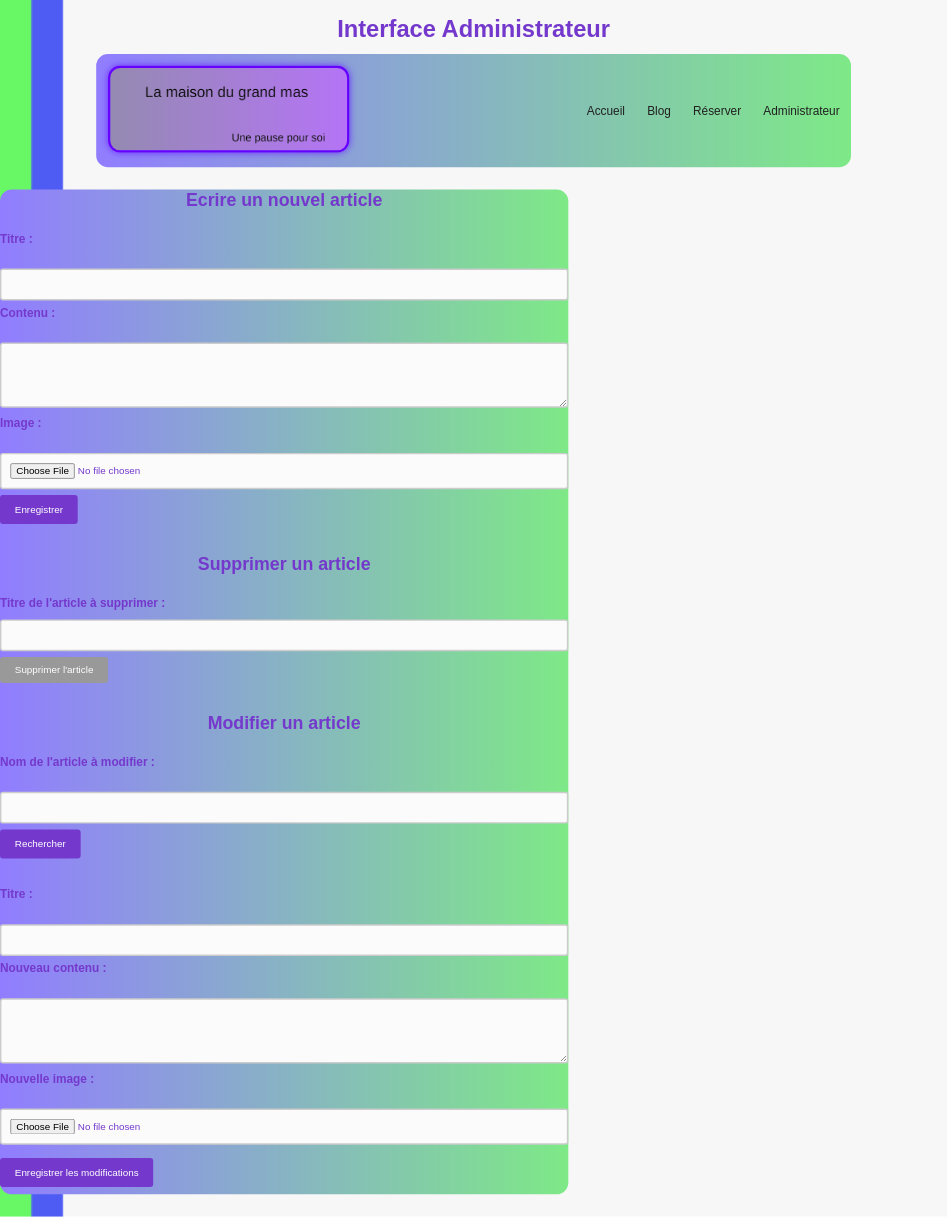
Repository: Crosnierpaul/Les_Rangers_de_Pouvoir
Page: http://localhost/adminBlog
The author's editor kept a copy of each file at every save. The page is drawn from the files as they stood at one save, then again after a run of saves.
The browser window is 1280 px wide. The pictures show the whole page, at 74% of full size.
Backgrounds fixed to the window are drawn as part of the page. The page is served by the project's Node server (site/server.js). Other server files are loaded and not shown.

Above is the page before, as saved 2024-05-07 16:53:24.

### site/public/views/blogAdmin.ejs
<!DOCTYPE html>
<html lang="fr">
<head>
    <meta charset="UTF-8">
    <meta name="viewport" content="width=device-width, initial-scale=1.0">
    <title>Interface Administrateur</title>
    <link rel="stylesheet" href="/css/style.css">
    <link rel="stylesheet" href="/css/blogAdmin.css">
    <!-- Utilisation du chemin absolu pour le fichier CSS -->
</head>
<body>
        <h1>Interface Administrateur</h1>
        <%- include('navbarAdmin') %>

        <div class="container">
    <section>
        <h2>Ecrire un nouvel article</h2>
        <form id="articleForm">
            <label for="title">Titre :</label><br>
            <input type="text" id="title" name="title" required><br>
            <label for="content">Contenu :</label><br>
            <textarea id="content" name="content" rows="4" cols="50" required></textarea><br>
            <label for="image">Image :</label><br>
            <input type="file" id="image" name="image"><br>
            <input type="submit" value="Enregistrer">
        </form>
    </section>

    <section>
        <h2>Supprimer un article</h2>
         <form id="deleteArticleForm">
            <label for="articleTitleToDelete">Titre de l'article à supprimer :</label>
            <input type="text" id="articleTitleToDelete" name="articleTitleToDelete">
            <button type="submit">Supprimer l'article</button>
        </form>
    </section>

    <section >
        <h2>Modifier un article</h2>
        <form id="searchArticleForm">
            <label for="searchTitle">Nom de l'article à modifier :</label><br>
            <input type="text" id="searchTitle" name="searchTitle" required><br>
            <input type="submit" value="Rechercher">
        </form>

        <form id="editArticleForm">
            <label for="editTitle">Titre :</label><br>
            <input type="text" id="editTitle" name="editTitle" readonly required><br>
            <label for="editContent">Nouveau contenu :</label><br>
            <textarea id="editContent" name="editContent" rows="4" cols="50" required></textarea><br>
            <label for="editImage">Nouvelle image :</label><br>
            <input type="file" id="editImage" name="editImage"><br>
            <input type="submit" value="Enregistrer les modifications" id="saveChanges">
        </form>
    </section>
</div>

    <script src="/js/blogAdmin.js"></script> <!-- Utilisation du chemin absolu pour le fichier JavaScript -->
</body>
</html>

### site/public/views/navbarAdmin.ejs
<!DOCTYPE html>
<html lang="fr">
<head>
    <meta charset="UTF-8">
    <meta name="viewport" content="width=device-width, initial-scale=1.0">
    <title>Navbar</title>
    <link href="/css/navbar.css" rel="stylesheet">
</head>
<body>
    <header>
        <nav class="navbar navbar-expand-md navbar-light">
            <div class="container">
                <!-- Ajouter le bouton de bascule pour les petits écrans
                <button class="navbar-toggler" type="button" data-toggle="collapse" data-target="#navbarSupportedContent" aria-controls="navbarSupportedContent" aria-expanded="false" aria-label="Toggle navigation">
                    <span class="navbar-toggler-icon"></span>
                </button> -->
                <div class="collapse navbar-collapse justify-content-center" id="navbarSupportedContent">
                    <ul class="navbar-nav d-flex justify-content-start">
                        <li id="liLogo">
                            <img id="logo" src="/images/logo.png"/>
                        </li>
                        <li class="nav-item">
                            <a class="nav-link" href="/">Accueil</a>
                        </li>
                        <li class="nav-item">
                            <a class="nav-link" href="/blog">Blog</a>
                        </li>
                        <li class="nav-item">
                            <a class="nav-link" href="/entretien">Réserver</a>
                        </li>
                        <li class="nav-item">
                            <a class="nav-link" href="/admin">Administrateur</a>
                        </li>
                        </ul>
                    </div>
                </div>
            </div>
        </nav>
    </header>

    <!-- Inclure jQuery (requis pour Bootstrap JavaScript)
    <script src="https://ajax.googleapis.com/ajax/libs/jquery/3.5.1/jquery.min.js"></script>
    Inclure Bootstrap JavaScript
    <script src="https://stackpath.bootstrapcdn.com/bootstrap/4.5.2/js/bootstrap.bundle.min.js"></script> -->
</body>
</html>

<script>
    // Attendez que le DOM soit chargé
    document.addEventListener("DOMContentLoaded", function() {
        // Récupérez l'URL de la page actuelle
        var currentLocation = window.location.href.substring("http://localhost:3000".length);

        // Sélectionnez tous les liens de la navbar
        var navLinks = document.querySelectorAll('.navbar-nav .nav-item');

        // Parcourez chaque lien pour vérifier s'il correspond à la page active
        navLinks.forEach(function(navItem) {
            var link = navItem.querySelector('.nav-link');
            var linkHref = link.getAttribute('href');

            // Vérifiez si l'URL de la page actuelle correspond à l'URL du lien dans la navbar
            if (currentLocation === linkHref) {
                // Ajoutez la classe 'active' à l'élément parent (li) correspondant
                navItem.classList.add('active');
            }
        });
    });
</script>

### site/public/css/blogAdmin.css

/* Style pour le formulaire d'ajout d'article */
#articleForm {
    margin-top: 30px;
}

/* Style pour le formulaire de suppression d'article */
#deleteArticleForm {
    margin-top: 30px;
}

/* Style pour le formulaire de recherche d'article */
#searchArticleForm {
    margin-top: 30px;
}

/* Style pour le formulaire de modification d'article */
#editArticleForm {
    margin-top: 30px;
}

/* Style pour les étiquettes des formulaires */
label {
    font-weight: bold;
}
/* Styles pour les sections */
.container {
    margin-bottom: 50px;
    background-color: red;
}

section {


/* Style pour les titres des sections */
h1, h2 {
    text-align: center;
}

/* Style pour les champs de saisie et les zones de texte */
input[type="text"],
input[type="file"],
textarea {
    width: 100%;
    padding: 12px;
    margin: 8px 0;
    box-sizing: border-box;
    border: 2px solid #ccc;
    border-radius: 4px;
    outline: none;
    transition: border-color 0.3s;
}

/* Style pour les champs de saisie et les zones de texte au survol */
input[type="text"]:focus,
input[type="file"]:focus,
textarea:focus {
    border-color: #7439cc;
}

/* Style pour les boutons */
input[type="submit"],
button {
    background-color: #7439cc;
    color: white;
    padding: 12px 20px;
    border: none;
    border-radius: 4px;
    cursor: pointer;
    transition: background-color 0.3s;
}

/* Style pour les boutons au survol */
input[type="submit"]:hover,
button:hover {
    background-color: #5f2982;
}
/* Style pour les boutons de modification */
#saveChanges {
    margin-top: 10px;
}

/* Style pour les messages d'erreur */
.error {
    color: red;
    margin-top: 5px;
}

### site/public/css/navbar.css
.start-header {
	opacity: 1;
	transform: translateY(0);
	padding: 20px 0;
	box-shadow: 0 10px 30px 0 rgba(138, 155, 165, 0.15);
	-webkit-transition : all 0.3s ease-out;
	transition : all 0.3s ease-out;
}

.start-header.scroll-on {
	box-shadow: 0 5px 10px 0 rgba(138, 155, 165, 0.15);
	padding: 10px 0;
	-webkit-transition : all 0.3s ease-out;
	transition : all 0.3s ease-out;
}

.start-header.scroll-on .navbar-brand img{
	height: 24px;
	-webkit-transition : all 0.3s ease-out;
	transition : all 0.3s ease-out;
}

.navigation-wrap{
	position: fixed;
	width: 100%;
	top: 0;
	left: 0;
	z-index: 1000;
	-webkit-transition : all 0.3s ease-out;
	transition : all 0.3s ease-out;
}

.navbar {
    padding: 10px 0;
    display: flex;
    justify-content: center;
	margin-left: 1em;
  	margin-right: 1em;
}

.navbar-toggler {
	float: right;
	border: none;
	padding-right: 0;
	padding-left: 0;

}

.navbar-toggler:active,
.navbar-toggler:focus {
	outline: none;
}

.navbar-light .navbar-toggler-icon {
	width: 24px;
	height: 17px;
	background-image: none;
	position: relative;
	border-bottom: 1px solid #000;
    transition: all 300ms linear;
}

.navbar-light .navbar-toggler-icon:after,
.navbar-light .navbar-toggler-icon:before{
	width: 24px;
	position: absolute;
	height: 1px;
	background-color: #000;
	top: 0;
	left: 0;
	content: '';
	z-index: 2;
    transition: all 300ms linear;
}

.navbar-light .navbar-toggler-icon:after{
	top: 8px;
}

.navbar-toggler[aria-expanded="true"] .navbar-toggler-icon:after {
	transform: rotate(45deg);
}

.navbar-toggler[aria-expanded="true"] .navbar-toggler-icon:before {
	transform: translateY(8px) rotate(-45deg);
}

.navbar-toggler[aria-expanded="true"] .navbar-toggler-icon {
	border-color: transparent;
}

.nav-link{
	color: #212121 !important;
	font-weight: 500;
    transition: all 200ms linear;
}

.nav-item.active .nav-link{
	color: #7439cc  !important;
}

/* LIGNE SOUS LIEN APRES SOURIS DESSUS */

.nav-link {
	position: relative;
	padding: 5px 0 !important;
	display: inline-block;
}

.nav-item:after {
	position: absolute;
	bottom: -5px;
	left: 0;
	width: 100%;
	height: 2px;
	content: '';
	background-color: #7439cc ;
	opacity: 0;
    transition: all 200ms linear;
}

/* FIN LIGNE SOUS LIEN */

.nav-item:hover:after{
	bottom: 0;
	opacity: 1;
}

.nav-item.active:hover:after{
	opacity: 0;
}

.nav-item {
    position: relative;
    transition: all 200ms linear;
    padding: 1em;
    text-align: center;
}

/* .nav-item.active .nav-link {
    color: #007bff; /* Changez cette couleur pour mettre en évidence l'élément actif
} */

.navbar-brand {
    margin-right: auto;
    margin-left: auto;
}

/* Ajoutez ces styles pour supprimer les puces des éléments li */
.navbar-nav {
    display: flex;
    justify-content: center;
    align-items: center;
    padding-left: 0; /* Supprime le décalage à gauche de la liste */
}

.navbar-nav .nav-item {
    padding: 0 15px;
    list-style: none; /* Supprime les puces */
}

.navbar-nav .nav-link {
    color: #212121 !important;
    font-weight: 500;
    transition: all 200ms linear;
}

.navbar-nav .nav-item:hover .nav-link {
    color: #7439cc !important;
}

/* Modifiez les styles des liens de navigation pour ressembler à du texte normal */
.nav-link {
    color: #212121 !important;
    font-weight: 500;
    transition: all 200ms linear;
    text-decoration: none; /* Supprime le soulignement par défaut des liens */
    cursor: pointer; /* Change le curseur en pointeur au survol */
}

.container {
	--background: linear-gradient(to right, #917dff 0%, #7ee987 100%);
    margin: 0px;
	min-height: 15vh;
	min-width: 60%;
	max-width: max-content;
	background: var(--background);
	border-radius: 1em;
}

.purple {
	color: #7439cc;
}

#logo {
	width: 20em;
	border: 3.5px solid #6600ff;
	border-radius: 1em;
	margin-left:  1em;
	margin-right: 19.1em;
	--background: linear-gradient(to right, #948ab1 0%, #b574f6 100%);
	background: var(--background);
	box-shadow: 0 0 10px 0 rgb(106, 43, 255);
}

#liLogo {
    list-style: none;
}

.nav-item.active:after {
	position: absolute;
	bottom: 0;
	left: 0;
	width: 100%;
	height: 2px;
	content: '';
	background-color: #7439cc ;
	opacity: 1;
}

.rs {
	margin-left: 18em;
	display: inherit;
}

.rs .nav-item {
	margin-left: 5px;
	margin-right: 5px;
}

/* Styles pour les écrans plus petits que 768px */
@media (max-width: 1000px) {
    .navbar {
        flex-direction: column; /* Afficher les éléments de la navbar en colonne */
        align-items: center; /* Centrer les éléments */
    }

    .navbar-nav {
        flex-direction: column; /* Afficher les éléments de la navbar en colonne */
        align-items: center; /* Centrer les éléments */
    }

    .navbar-toggler {
        order: -1; /* Mettre le bouton de bascule en haut */
        margin-bottom: 10px; /* Ajouter un espace entre le bouton de bascule et les liens */
    }

    .rs {
        margin-left: 0; /* Réinitialiser la marge pour les icônes de réseaux sociaux */
        text-align: center; /* Centrer les icônes de réseaux sociaux */
    }
}

/*Styles pour les écrans plus petits que 576px */
@media (max-width: 576px) {
    .navbar-brand {
        margin: 0; /* Réinitialiser la marge pour le logo */
    }

    #logo {
        width: 98.3%; /* Faire en sorte que le logo occupe toute la largeur */
        margin: 0; /* Réinitialiser la marge */
    }

    .rs {
        display: flex; /* Afficher les icônes de réseaux sociaux en ligne */
        justify-content: center; /* Centrer les icônes de réseaux sociaux */
    }

    .rs .nav-item {
        margin: 0 5px; /* Ajouter un espacement horizontal entre les icônes de réseaux sociaux */
    }
}

.tel {
	margin-top: 5px;
}

Loaded but not shown: site/public/js/blogAdmin.js (188 lines, source omitted); site/server.js (72 lines, source omitted); site/public/css/style.css (342 lines, source omitted)

After the next 2 saves:
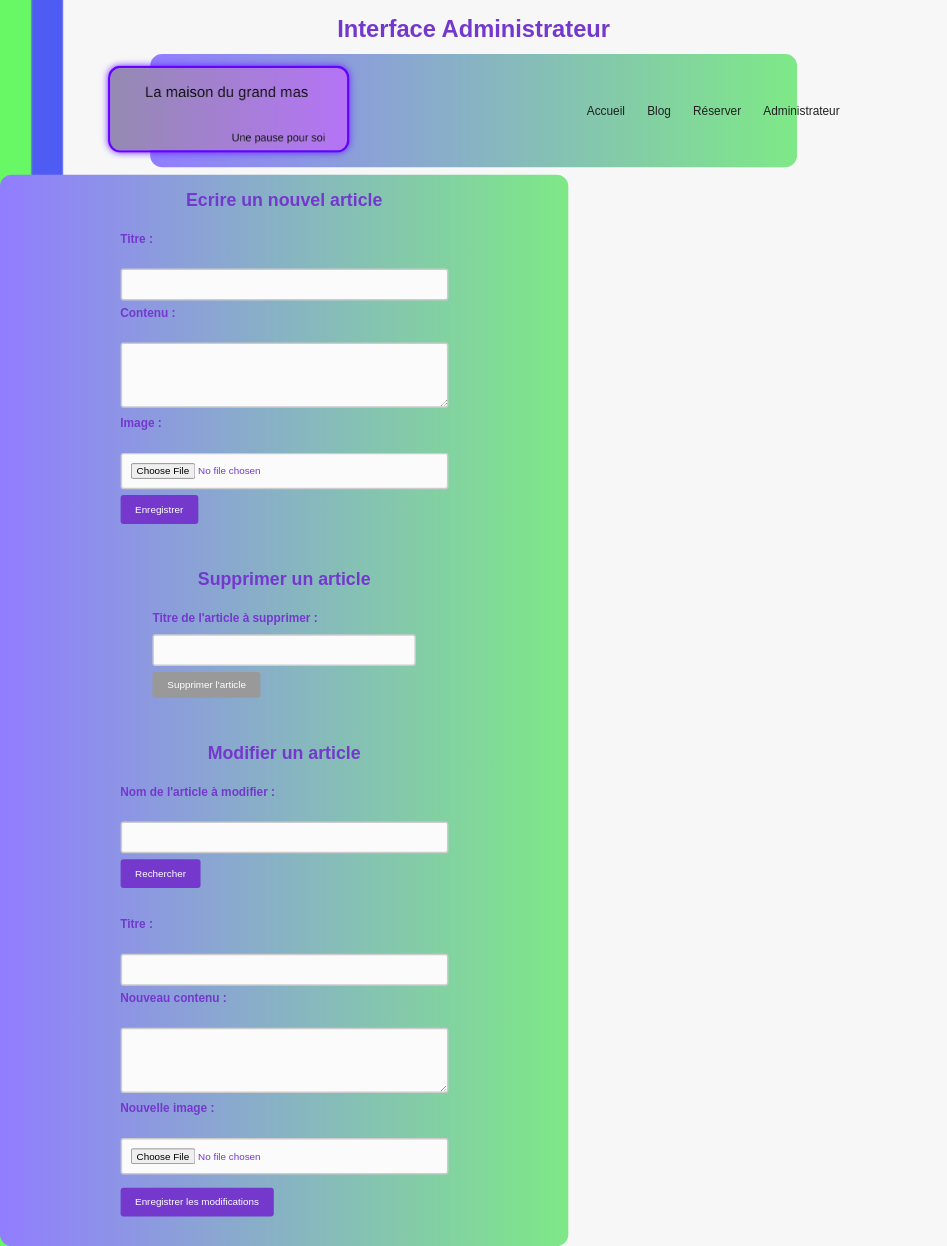
The 2 saves are shown as one change because they came seconds apart.
The last was saved 7 s later.
--- a/site/public/css/blogAdmin.css
+++ b/site/public/css/blogAdmin.css
@@ -27,9 +27,11 @@
 .container {
     margin-bottom: 50px;
     background-color: red;
+    width: 70%;
+    display: flex;
+    flex-direction: column;
+    align-items: center;
 }
-
-section {
 
 
 /* Style pour les titres des sections */

After the save that followed:
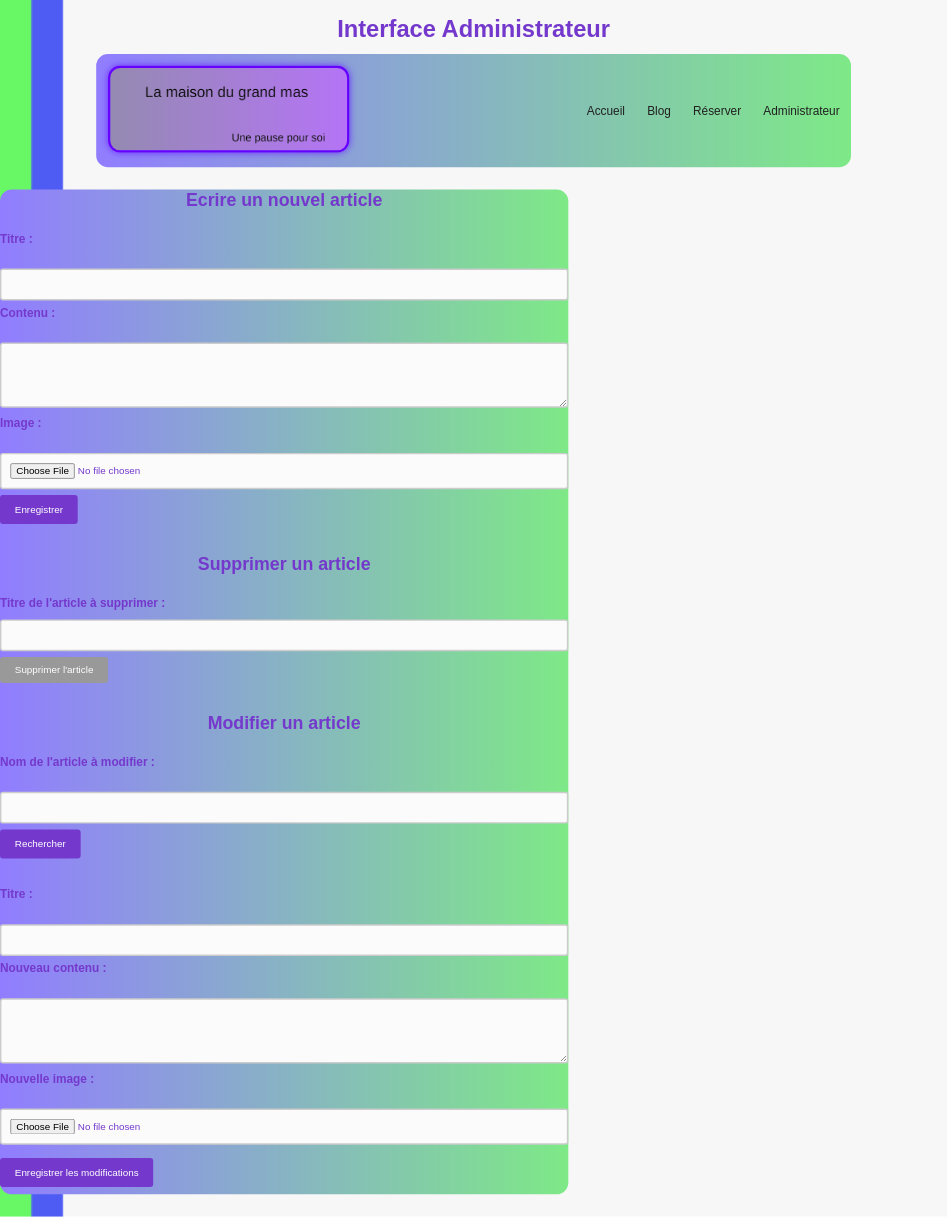
Saved 5 s later.
--- a/site/public/css/blogAdmin.css
+++ b/site/public/css/blogAdmin.css
@@ -24,7 +24,7 @@
     font-weight: bold;
 }
 /* Styles pour les sections */
-.container {
+.containerBlog {
     margin-bottom: 50px;
     background-color: red;
     width: 70%;
